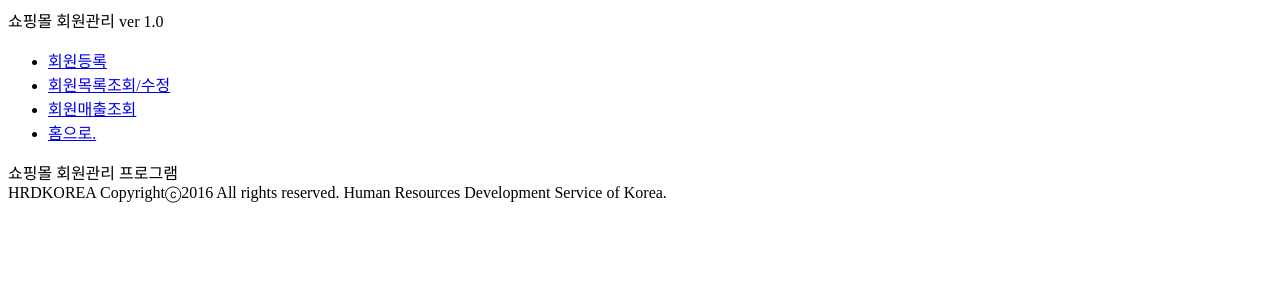
Repository: eunbiro/HRD_1234
Page: http://localhost/HRD_1234/list
The author's editor kept a copy of each file at every save. The page is drawn from the files as they stood at one save, then again after the next save.
The browser window is 1280 px wide. The pictures show the whole page.
The page is served by Tomcat 9. Queries for data that is not in the repository find no rows.

Above is the page before, as saved 2022-12-20 05:26:05.

After the next save:
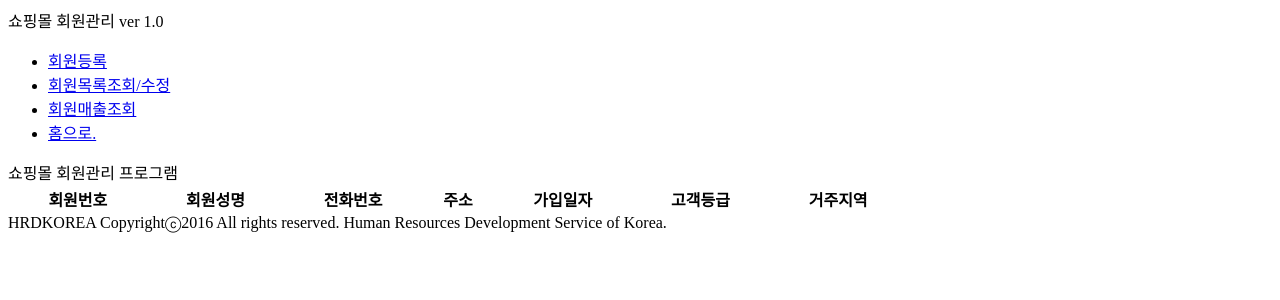
Saved 66 s later.
--- a/HRD_1234/src/main/webapp/list.jsp
+++ b/HRD_1234/src/main/webapp/list.jsp
@@ -12,6 +12,15 @@
 		<div class="title">쇼핑몰 회원관리 프로그램</div>
 		<div class="wrapper">
 			<table style="width: 900px;">
+				<tr>
+					<th>회원번호</th>
+					<th>회원성명</th>
+					<th>전화번호</th>
+					<th>주소</th>
+					<th>가입일자</th>
+					<th>고객등급</th>
+					<th>거주지역</th>
+				</tr>
 			</table>
 		</div>
 	</section>
